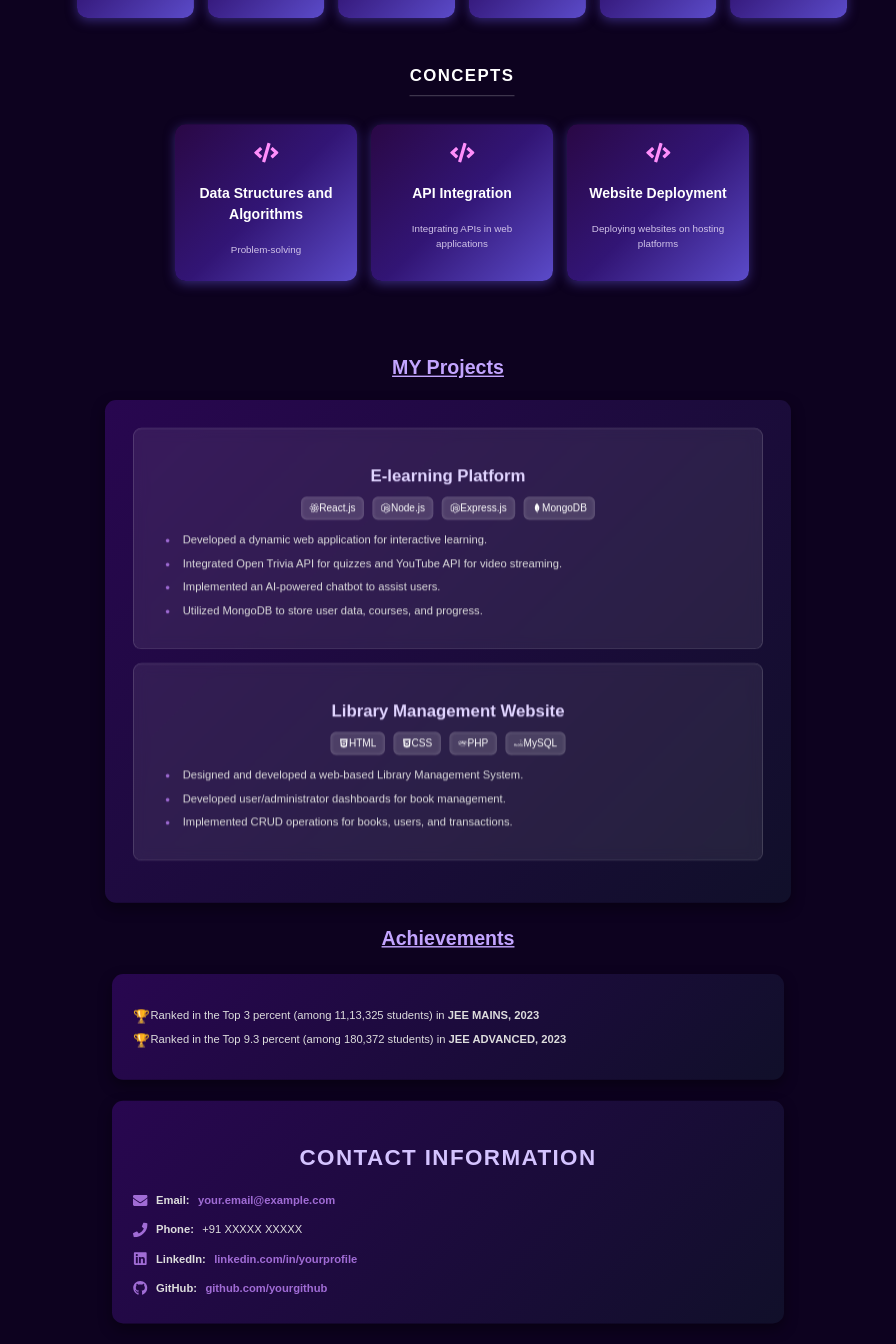
Repository: harshitap1305/Portfolio
Page: /
An editor plug-in stored every save of this project. The page is shown before and after a run of saves, followed by the edit.
The browser window is 1280 px wide. The pictures show the part of the page from y = 2642 to 4562 px (the page is 4562 px tall before and 4557 px after), at 70% of full size.
The project was rebuilt for these pictures with package versions that can differ from the ones it lists, and the page was loaded fresh each time. Also part of the build but not shown: vite.config.js.

Above is the page before, as saved 2025-03-27 22:12:10.

After the next 2 saves:
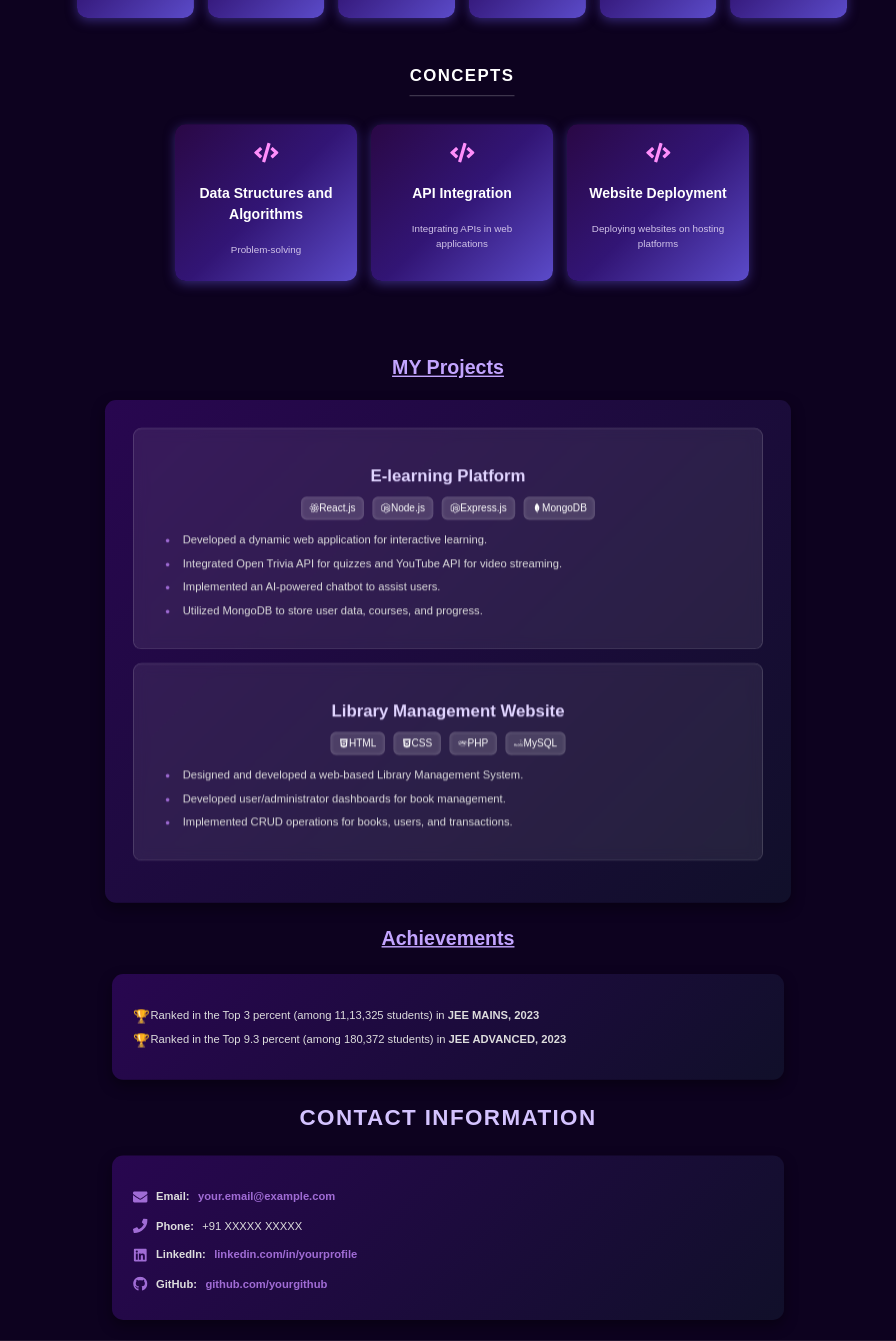
The 2 saves are shown as one change because they came seconds apart.
The last was saved 23 s later.
--- a/src/Home.jsx
+++ b/src/Home.jsx
@@ -106,9 +106,9 @@
     <li>Ranked in the Top 9.3 percent (among 180,372 students) in <b>JEE ADVANCED, 2023</b></li>
   </ul>
 </div>
+<h2 className="section-title">Contact Information</h2>
+<div className="contact-container">
 
-<div className="contact-container">
-  <h2 className="section-title">Contact Information</h2>
   <div className="contact-details">
     <p><FaEnvelope className="contact-icon" /> <b>Email:</b> <a href="mailto:your.email@example.com">your.email@example.com</a></p>
     <p><FaPhone className="contact-icon" /> <b>Phone:</b> +91 XXXXX XXXXX</p>
